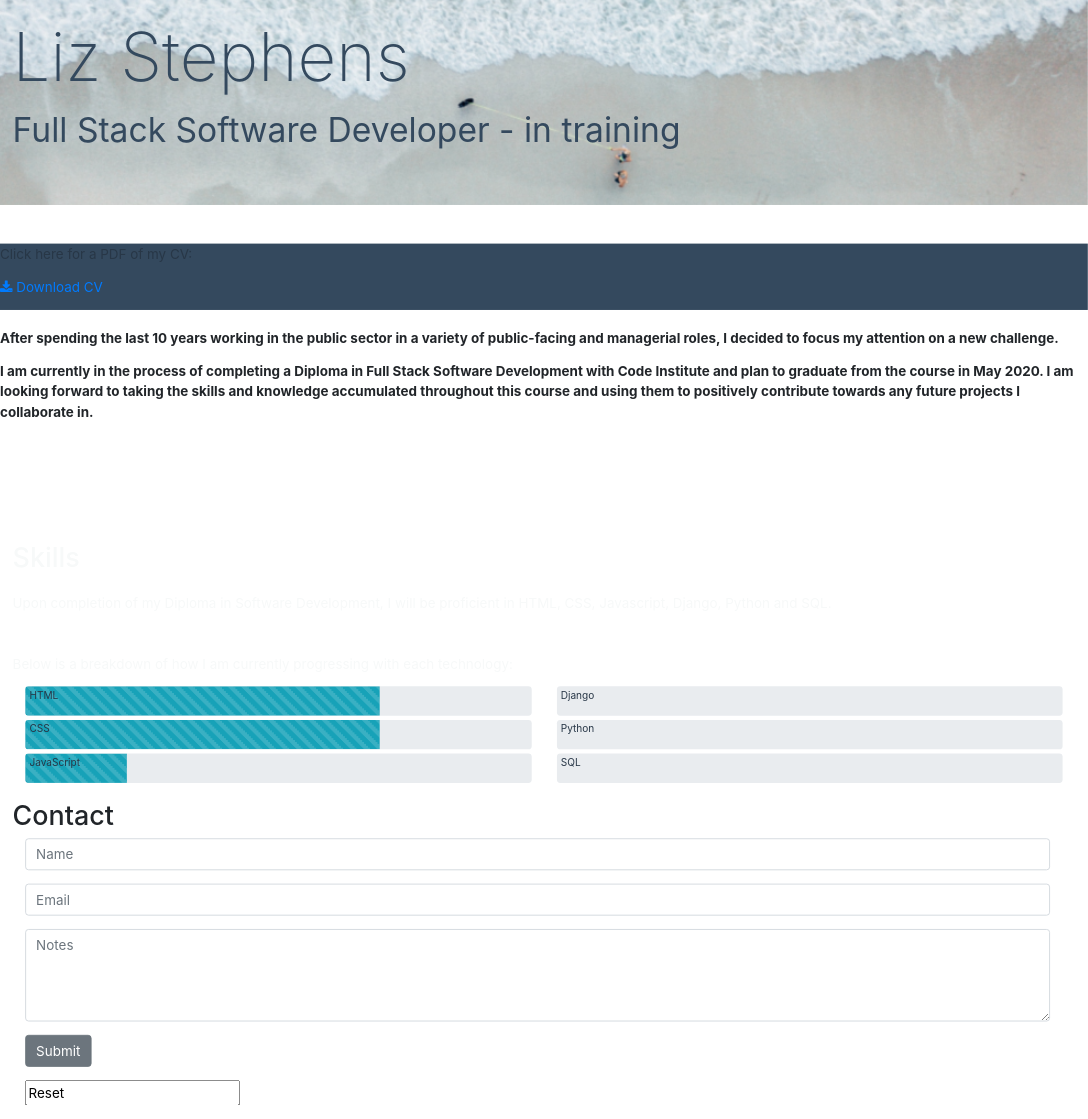
Repository: Liz94688/portfolio-site
Page: index.html
The author's editor kept a record of every edit. The page is drawn from the files as they stood at one moment, then again after the next edit.
The browser window is 1280 px wide. The page is 1295 px wide, so the pictures cover 1295 px, including what lies to the right of the window. The pictures show the whole page, at 84% of full size.

Above is the page before.

After the next edit:
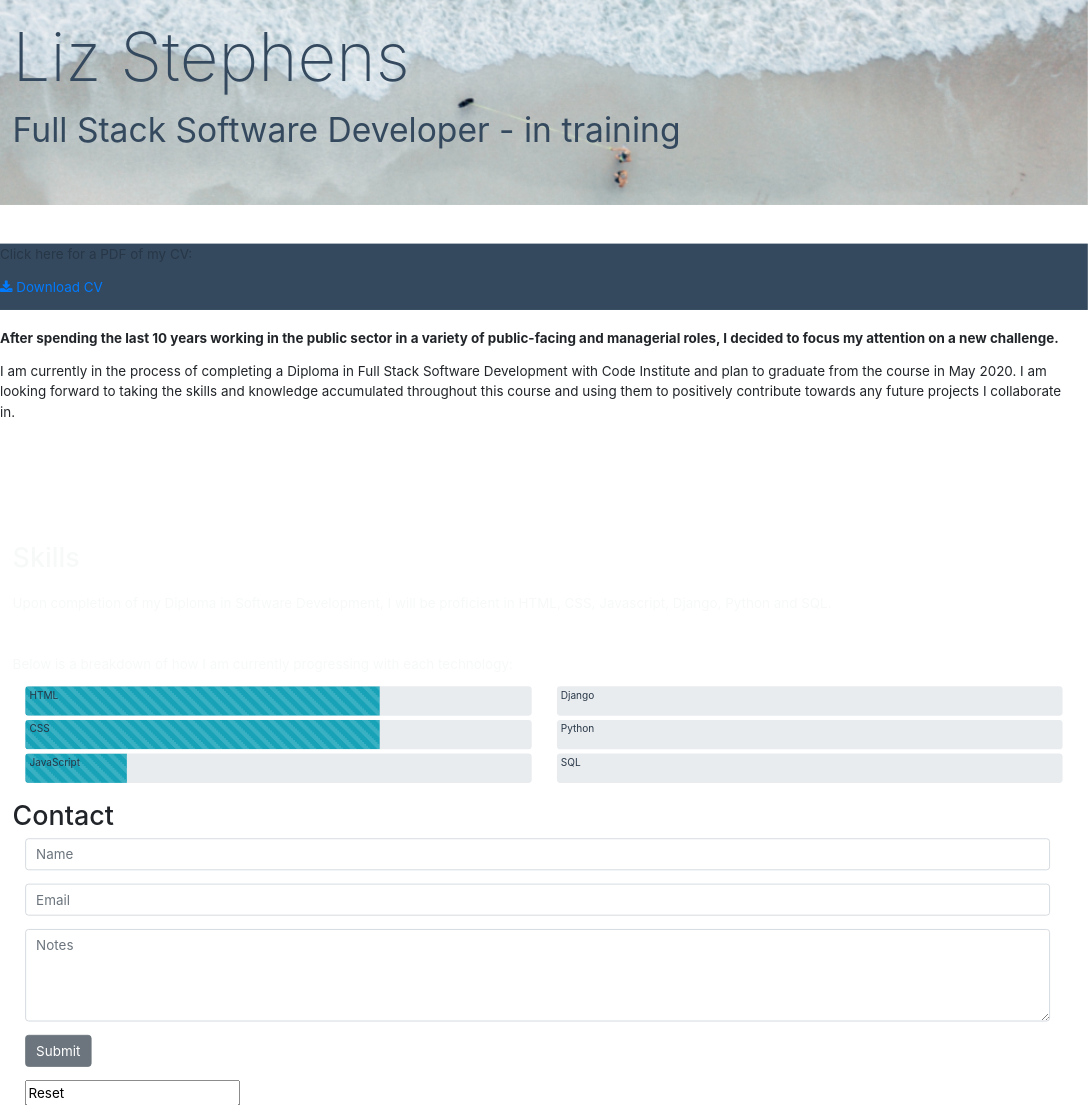
The edit:
--- a/index.html
+++ b/index.html
@@ -93,7 +93,7 @@
 
 <p class="about-p "><strong>After spending the last 10 years working in the public sector in a variety of public-facing and managerial roles, I decided to focus my attention on a new challenge.</strong></p>
 
-            <p class="about-p "><strong>I am currently in the process of completing a Diploma in Full Stack Software Development with Code Institute and plan to graduate from the course in May 2020. I am looking forward to taking the skills and knowledge accumulated throughout this course and
+I am currently in the process of completing a Diploma in Full Stack Software Development with Code Institute and plan to graduate from the course in May 2020. I am looking forward to taking the skills and knowledge accumulated throughout this course and
                     using them to positively contribute towards any future projects I collaborate in.</strong></p>
 
 
